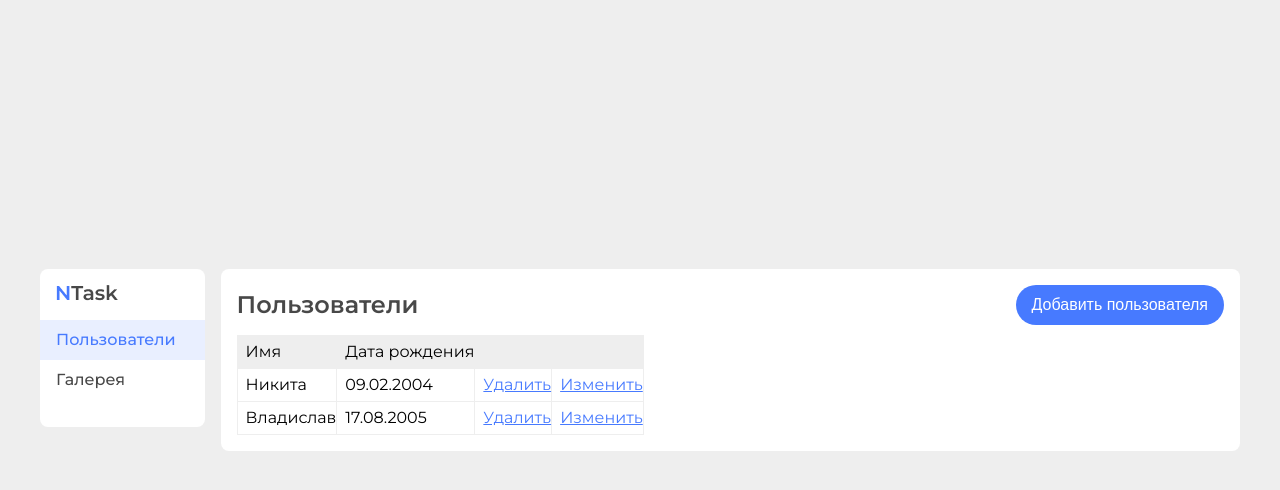
Repository: Grid-Master/NTask
Page: /
The author's editor kept a copy of each file at every save. The page is drawn from the files as they stood at one save, then again after the next save.
The browser window is 1280 px wide. The pictures show the whole page.
The project was rebuilt for these pictures with package versions that can differ from the ones it lists, and the page was loaded fresh each time. Also part of the build but not shown: src/components/gallery/gallery.sass, src/components/gallery/Gallery.tsx, src/components/updateUser/updateUser.sass, src/components/updateUser/UpdateUser.tsx.

Above is the page before, as saved 2023-06-09 20:27:49.

### public/index.html
<!DOCTYPE html>
<html lang="en">
  <head>
    <meta charset="utf-8" />
    <link rel="icon" href="%PUBLIC_URL%/favicon.ico" />
    <meta name="viewport" content="width=device-width, initial-scale=1" />
    <meta name="theme-color" content="#000000" />
    <meta name="description" content="Web site created using create-react-app" />
    <link rel="apple-touch-icon" href="%PUBLIC_URL%/logo192.png" />
    <link rel="preconnect" href="https://fonts.googleapis.com" />
    <link rel="preconnect" href="https://fonts.gstatic.com" crossorigin />
    <link
      href="https://fonts.googleapis.com/css2?family=Montserrat:wght@300;400;500;600;700&display=swap"
      rel="stylesheet" />
    <link rel="manifest" href="%PUBLIC_URL%/manifest.json" />
    <title>React App</title>
  </head>
  <body>
    <noscript>You need to enable JavaScript to run this app.</noscript>
    <div id="root"></div>
  </body>
</html>

### src/index.tsx
import React from 'react';
import ReactDOM from 'react-dom/client';
import { Provider } from 'react-redux';
import './index.css';
import App from './App';
import { BrowserRouter } from 'react-router-dom';
import store from './store';

const root = ReactDOM.createRoot(document.getElementById('root') as HTMLElement);
root.render(
  <React.StrictMode>
    <BrowserRouter>
      <Provider store={store}>
        <App />
      </Provider>
    </BrowserRouter>
  </React.StrictMode>,
);

### src/index.css
html, body, div, span, applet, object, iframe,
h1, h2, h3, h4, h5, h6, p, blockquote, pre,
a, abbr, acronym, address, big, cite, code,
del, dfn, em, img, ins, kbd, q, s, samp,
small, strike, strong, sub, sup, tt, var,
b, u, i, center,
dl, dt, dd, ol, ul, li,
fieldset, form, label, legend,
table, caption, tbody, tfoot, thead, tr, th, td,
article, aside, canvas, details, embed,
figure, figcaption, footer, header, hgroup,
menu, nav, output, ruby, section, summary,
time, mark, audio, video {
	margin: 0;
	padding: 0;
	border: 0;
	font-size: 100%;
	font: inherit;
	vertical-align: baseline;
}
/* HTML5 display-role reset for older browsers */
article, aside, details, figcaption, figure,
footer, header, hgroup, menu, nav, section {
	display: block;
}
body {
	line-height: 1;
}
ol, ul {
	list-style: none;
}
blockquote, q {
	quotes: none;
}
blockquote:before, blockquote:after,
q:before, q:after {
	content: '';
	content: none;
}
table {
	border-collapse: collapse;
}
body {
  margin: 0;
  font-family: Montserrat;
  background: #EEEEEE;
;
}
input {
	font-family: Montserrat;
}

#root {
	display: flex;
	align-items: center;
	justify-content: center;
	height: 100vh;
}

code {
  font-family: source-code-pro, Menlo, Monaco, Consolas, 'Courier New',
    monospace;
}

### src/App.tsx
import './App.css';
import { FC, useEffect } from 'react';
import Navbar from './components/navabar/Navbar';
import UserList from './components/userList/UserList';
import { Routes, Route, useNavigate } from 'react-router-dom';
import Gallery from './components/gallery/Gallery';
import UpdateUser from './components/updateUser/UpdateUser';

const App: FC = () => {
  const navigate = useNavigate();
  useEffect(() => {
    navigate('/NTask/users');
  }, []);

  return (
    <div className="App">
      <Navbar />
      <Routes>
        <Route path="/NTask/users" element={<UserList />} />
        <Route path="/NTask/users/:id" element={<UpdateUser />} />
        <Route path="/NTask/gallery" element={<Gallery />} />
        <Route path="*" element={<h1>Error</h1>} />
      </Routes>
    </div>
  );
};

export default App;

### src/store/index.ts
import { configureStore } from '@reduxjs/toolkit';
import usersReducer from './usersSlice';
import galleryReducer from './gallerySlice';

const store = configureStore({
  reducer: { usersReducer, galleryReducer },
});

export default store;

export type RootState = ReturnType<typeof store.getState>;
export type AppDispatch = typeof store.dispatch;

### src/App.css
.App {

  width: 100%;
  display: flex;
  align-items:start;
  gap: 16px;
  max-width: 1200px;
  margin: 0 auto;
}

@media screen and (max-width: 1200px) {
  .App {
    flex-direction: column;
    max-width: 1000px;
  }
}
@media screen and (max-width: 1000px) {
  .App {
    max-width: 600px;
    padding: 16px;
  }
}
@media screen and (max-width: 600px) {
  .App {
    max-width: calc(320px - 32px);
  }
}

### src/components/navabar/Navbar.tsx
import { FC } from 'react';
import './navbar.sass';
import { useNavigate, useLocation } from 'react-router-dom';
const logo = require('../../images/logo.png');

const Navbar: FC = () => {
  const navigate = useNavigate();
  const { pathname } = useLocation();

  return (
    <div className="navbar">
      <div className="navbar__imagecontainer">
        <img src={logo} alt="logo" />
      </div>
      <div
        className={pathname.includes('/users') ? 'navbar__item navbar__active' : 'navbar__item'}
        onClick={() => navigate('/NTask/users')}>
        Пользователи
      </div>
      <div
        className={pathname.includes('/gallery') ? 'navbar__item navbar__active' : 'navbar__item'}
        onClick={() => navigate('/NTask/gallery')}>
        Галерея
      </div>
    </div>
  );
};

export default Navbar;

### src/components/userList/UserList.tsx
import React, { FC } from 'react';
import { useNavigate } from 'react-router-dom';
import './userList.sass';
import { useAppDispatch, useAppSelector } from '../../store/hooks';
import { removeUser } from '../../store/usersSlice';

const UserList: FC = () => {
  const navigate = useNavigate();
  const users = useAppSelector((state) => state.usersReducer.users);
  const dispatch = useAppDispatch();

  const updateHandler = (router: string) => {
    navigate(router);
    window.scrollTo(0, 0);
  };

  const deleteHandler = (id: number) => {
    dispatch(removeUser(id));
  };

  return (
    <div className="userList">
      <div className="userList__container">
        <h1 className="userList__title">Пользователи</h1>
        <button className="userList__addUserBtn" onClick={() => updateHandler('createuser')}>
          Добавить пользователя
        </button>
      </div>
      <table className="userList__table">
        <tr className="userList__table-info">
          <td>Имя</td>
          <td>Дата рождения</td>
          <td></td>
          <td></td>
        </tr>
        {users.map((user) => (
          <tr key={user.id}>
            <td>{user.name}</td>
            <td>{user.date}</td>
            <td className="userList__table-btn" onClick={() => deleteHandler(user.id)}>
              Удалить
            </td>
            <td className="userList__table-btn" onClick={() => updateHandler(`${user.id}`)}>
              Изменить
            </td>
          </tr>
        ))}
      </table>
    </div>
  );
};

export default UserList;

### src/store/usersSlice.ts
import { createSlice, PayloadAction } from '@reduxjs/toolkit';
import { users } from '../data/users';

export interface IUser {
  id: number;
  name: string;
  date: string;
}

const usersSlice = createSlice({
  name: 'users',
  initialState: {
    users: [...users] as IUser[],
  },
  reducers: {
    addUser(state, action: PayloadAction<IUser>) {
      state.users.push(action.payload);
    },
    updateUser(state, action: PayloadAction<IUser>) {
      let updateUser = state.users.find((user) => user.id === action.payload.id);
      if (updateUser) {
        updateUser.name = action.payload.name;
        updateUser.date = action.payload.date;
      }
      state.users = state.users.map((user) => (user.id === updateUser?.id ? updateUser : user));
    },
    removeUser(state, action: PayloadAction<number>) {
      state.users = state.users.filter((user) => user.id !== action.payload);
    },
  },
});

export const { removeUser, updateUser, addUser } = usersSlice.actions;

export default usersSlice.reducer;

### src/store/gallerySlice.ts
import { createSlice, PayloadAction } from '@reduxjs/toolkit';

export interface IPhoto {
  id: number;
  isSelected: boolean;
  file: any;
}

const gallerySlice = createSlice({
  name: 'users',
  initialState: {
    photos: [] as IPhoto[],
  },
  reducers: {
    addPhoto(state, action: PayloadAction<IPhoto>) {
      state.photos.unshift(action.payload);
    },
    pickPhoto(state, action: PayloadAction<number>) {
      const pickedPhoto = state.photos.findIndex((photo) => photo.id === action.payload);
      console.log(pickedPhoto, 'picked');
      if (pickedPhoto !== -1) {
        state.photos[pickedPhoto] = {
          ...state.photos[pickedPhoto],
          isSelected: !state.photos[pickedPhoto].isSelected,
        };
      }
    },
    removePhotos(state) {
      state.photos = state.photos.filter((photo) => !photo.isSelected);
    },
  },
});

export const { addPhoto, pickPhoto, removePhotos } = gallerySlice.actions;

export default gallerySlice.reducer;

### src/components/navabar/navbar.sass
.navbar
    width: 200px
    height: 158px
    background: #FFFFFF
    border-radius: 8px
    &__imagecontainer
        padding: 16px 0
        margin-left: 16px
    &__item
        padding: 8px 16px
        cursor: pointer
        font-weight: 500
        font-size: 16px
        line-height: 150%
        color: #484848
        transition: .3s
        &:hover
            color: #477AFF

    &__active
        background: #E9EFFF
        color: #477AFF

@media screen and (max-width: 600px)
    .navbar
        width: 288px
        height: 158px

### src/components/userList/userList.sass
.userList
    width: 100%
    background: #FFFFFF
    border-radius: 8px
    padding: 16px
    &__container
        display: flex
        align-items: center
        justify-content: space-between
        margin-bottom: 10px
    &__title
        font-weight: 600
        font-size: 24px
        line-height: 150%
        color: #484848
    &__addUserBtn
        font-weight: 500
        font-size: 16px
        line-height: 100%
        color: #FFFFFF
        background: #477AFF
        border-radius: 20px
        padding: 12px 16px
        border: none
        outline: none
        cursor: pointer
        transition: .3s
        &:hover
            opacity: .8
    &__table

        td
            border: 1px solid #EEEEEE
            // width: 238px
            text-align: start
            padding: 8px 0
            padding-left: 8px
        &-btn
            cursor: pointer
            text-decoration-line: underline
            color: #477AFF
            transition: .2s
            text-align: center !important
            &:hover
                opacity: .8
        tr td:nth-child(2)
            // height: 10px
        // tr:first-child td:first-child
        //     border-radius: 8px 0 0 0
        // tr:first-child td:last-child
        //     border-radius: 0 8px 0 0
        // tr:last-child td:first-child
        //     border-radius: 0 0 8px 0
        // tr:last-child td:last-child
        //     border-radius: 0 0 0 8px //??
        &-info
            background-color: #EEEEEE
            border-radius: 8px !important

@media screen and (max-width: 1200px)
    .userList
        width: calc( 100% - 32px )
@media screen and (max-width: 600px)
    .userList
        &__table
            display: block
            overflow-x: scroll
            &::-webkit-scrollbar
                // width: 4px
                scroll-margin-top: 5px
                height: 4px
                border: 1px solid #d5d5d5
            &::-webkit-scrollbar-track
                border-radius: 0
                background: #eeeeee
            &::-webkit-scrollbar-thumb
                border-radius: 0
                background: #b0b0b0
                cursor: pointer
        >div
            flex-direction: column
            align-items: start
        &__title
            margin-bottom: 10px

### src/store/hooks.ts
import { useDispatch, useSelector, TypedUseSelectorHook } from 'react-redux';
import type { RootState, AppDispatch } from '../store';

export const useAppDispatch = () => useDispatch<AppDispatch>();
export const useAppSelector: TypedUseSelectorHook<RootState> = useSelector;

### src/data/users.ts
import { IUser } from '../store/usersSlice';

export const users: IUser[] = [
  {
    id: 1,
    name: 'Никита',
    date: '09.02.2004',
  },
  {
    id: 2,
    name: 'Владислав',
    date: '17.08.2005',
  },
];

After the next save:
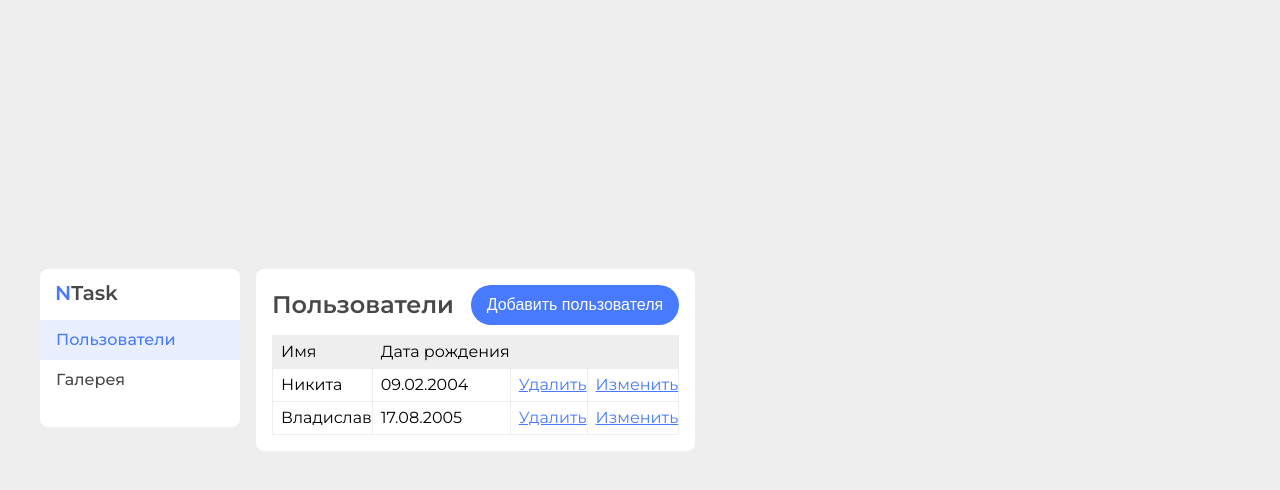
Saved 25 s later.
--- a/src/components/userList/userList.sass
+++ b/src/components/userList/userList.sass
@@ -1,13 +1,12 @@
 .userList
-    width: 100%
+    // width: 100%
     background: #FFFFFF
     border-radius: 8px
     padding: 16px
-    &__container
+    >div
         display: flex
         align-items: center
         justify-content: space-between
-        margin-bottom: 10px
     &__title
         font-weight: 600
         font-size: 24px
@@ -27,8 +26,10 @@
         transition: .3s
         &:hover
             opacity: .8
+
     &__table
-
+        margin-top: 10px
+        // width: 952px
         td
             border: 1px solid #EEEEEE
             // width: 238px
@@ -44,7 +45,7 @@
             &:hover
                 opacity: .8
         tr td:nth-child(2)
-            // height: 10px
+            height: 10px
         // tr:first-child td:first-child
         //     border-radius: 8px 0 0 0
         // tr:first-child td:last-child

After the 2 saves that followed:
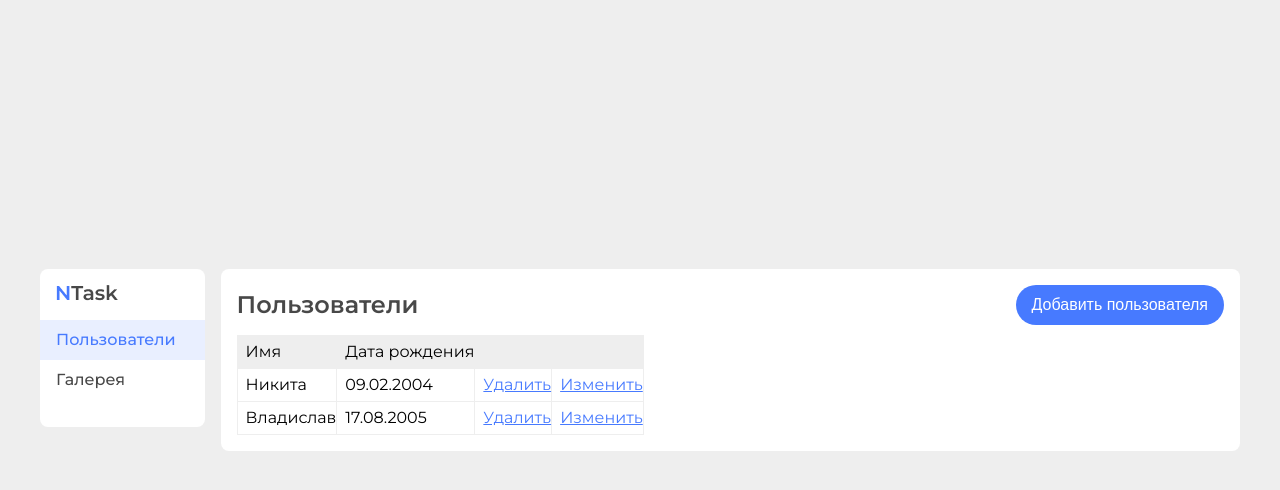
The 2 saves are shown as one change because 1 left the picture as it was.
The last was saved 44 s later.
--- a/src/components/userList/userList.sass
+++ b/src/components/userList/userList.sass
@@ -1,5 +1,5 @@
 .userList
-    // width: 100%
+    width: 100%
     background: #FFFFFF
     border-radius: 8px
     padding: 16px
@@ -26,7 +26,6 @@
         transition: .3s
         &:hover
             opacity: .8
-
     &__table
         margin-top: 10px
         // width: 952px
@@ -44,8 +43,8 @@
             text-align: center !important
             &:hover
                 opacity: .8
-        tr td:nth-child(2)
-            height: 10px
+        // tr td:nth-child(2)
+        //     width: 3000px
         // tr:first-child td:first-child
         //     border-radius: 8px 0 0 0
         // tr:first-child td:last-child
